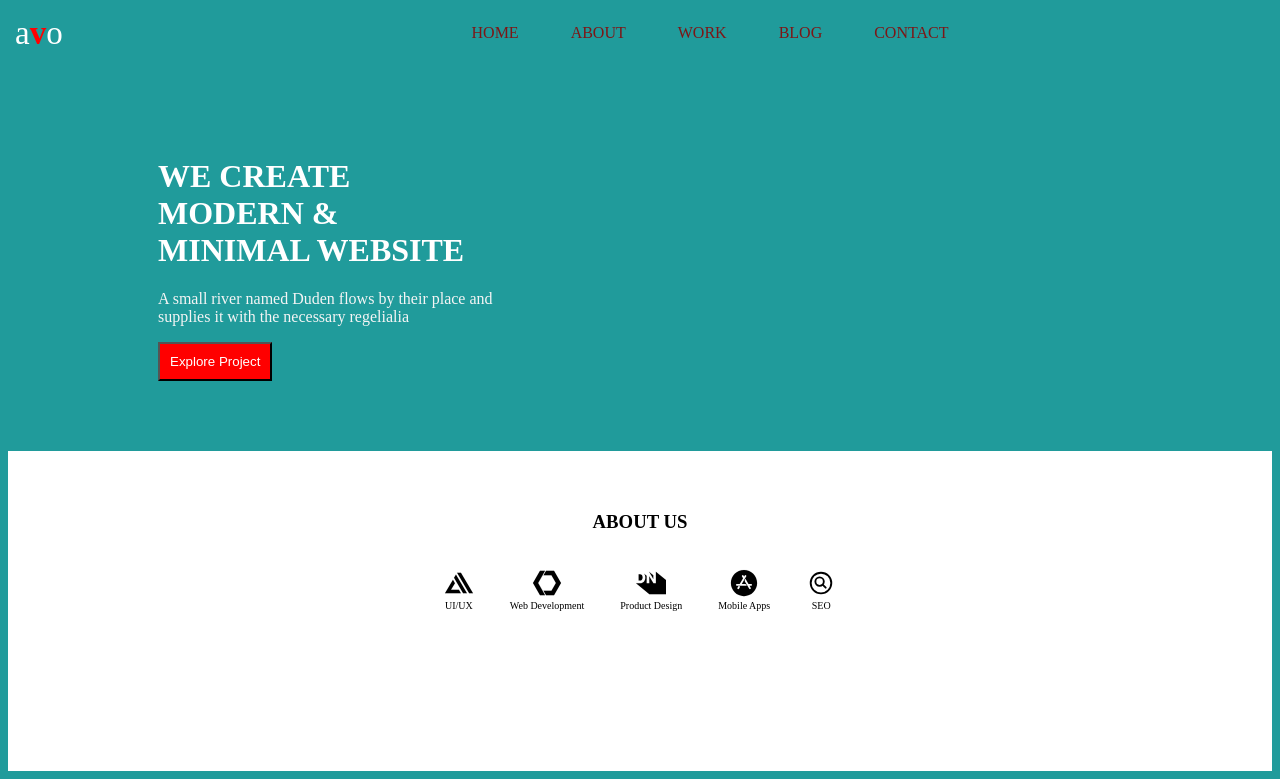
Repository: Tobby004/AVO-Template
Page: avo.html
These files come from the project's save history. The page is drawn as it stood at one moment and after the next save; the edit follows.
The browser window is 1280 px wide. The pictures show the whole page.

Above is the page before, as saved 2023-05-17 10:20:16.

### avo.html
<!DOCTYPE html>
<html lang="en">
<head>
    <meta charset="UTF-8">
    <meta http-equiv="X-UA-Compatible" content="IE=edge">
    <meta name="viewport" content="width=device-width, initial-scale=1.0">
    <title>AVO-Template</title>
    <link rel="stylesheet" href="avo.css">
</head>
<body>
    <div class="logo">a<b>v</b>o</div>
    <nav>
        <ul>
            <li><a href="#">HOME</a></li>
            <li><a href="#">ABOUT</a></li>
            <li><a href="#">WORK</a></li>
            <li><a href="#">BLOG</a></li>
            <li><a href="#">CONTACT</a></li>
        </ul>
    </nav>
    <main>
        <h1>WE CREATE <br>MODERN & <br> MINIMAL WEBSITE</h1>
        <p>A small river named Duden flows by their place and <br>supplies it with the necessary regelialia </p>
        <input type="button" value="Explore Project">
    </main>
    <section>
        <h3>ABOUT US</h3>
        <div>
            <ion-icon name="logo-amplify"></ion-icon><br>
            UI/UX
        </div>
        <div>
            <ion-icon name="logo-web-component"></ion-icon><br>
            Web Development
        </div>
        <div>
            <ion-icon name="logo-designernews"></ion-icon><br>
            Product Design
        </div>
        <div>
            <ion-icon name="logo-apple-appstore"></ion-icon><br>
            Mobile Apps
        </div>
        <div>
            <ion-icon name="search-circle-outline"></ion-icon><br>
            SEO</div>
    </section>
</body>
<script nomodule src="https://unpkg.com/ionicons@7.1.0/dist/ionicons/ionicons.js"></script>
<script type="module" src="https://unpkg.com/ionicons@7.1.0/dist/ionicons/ionicons.esm.js"></script>
</html>

### avo.css
* {
    box-sizing: border-box;
}
body {
    background: rgb(32, 155, 155);
}
.logo {
  font-size: 33px;
  position: absolute;
  padding: 7px;
  color: white;
}
.logo b {
    color: red;
}

nav ul {
    margin: auto;
    text-align:center;
    margin-left: 100px;
}
nav li {
    display: inline-flex;
}
nav a {
text-decoration: none;
padding: 1rem 1.5rem;
color: #7d1616;
}
nav a:hover {
    transition: 2s;
    color: aqua;
}

h1 {
    color: white;
    margin-left: 150px;
    margin-top: 100px;
}
main p {
    color: whitesmoke;
    margin-left: 150px;
}
input[type="button"] {
    padding: 10px;
    color: white;
    background: red;
    margin-left: 150px;
}
section {
    height: 320px;
    background:white;
    margin-top: 70px;
    text-align: center;
}
 h3 {
    text-align: center;
    padding-top:  60px;
}
section div {
    display: inline-block;
    padding: 1rem;
    font-size: 10px;
}
div ion-icon {
    font-size: 30px;
}

After the next save:
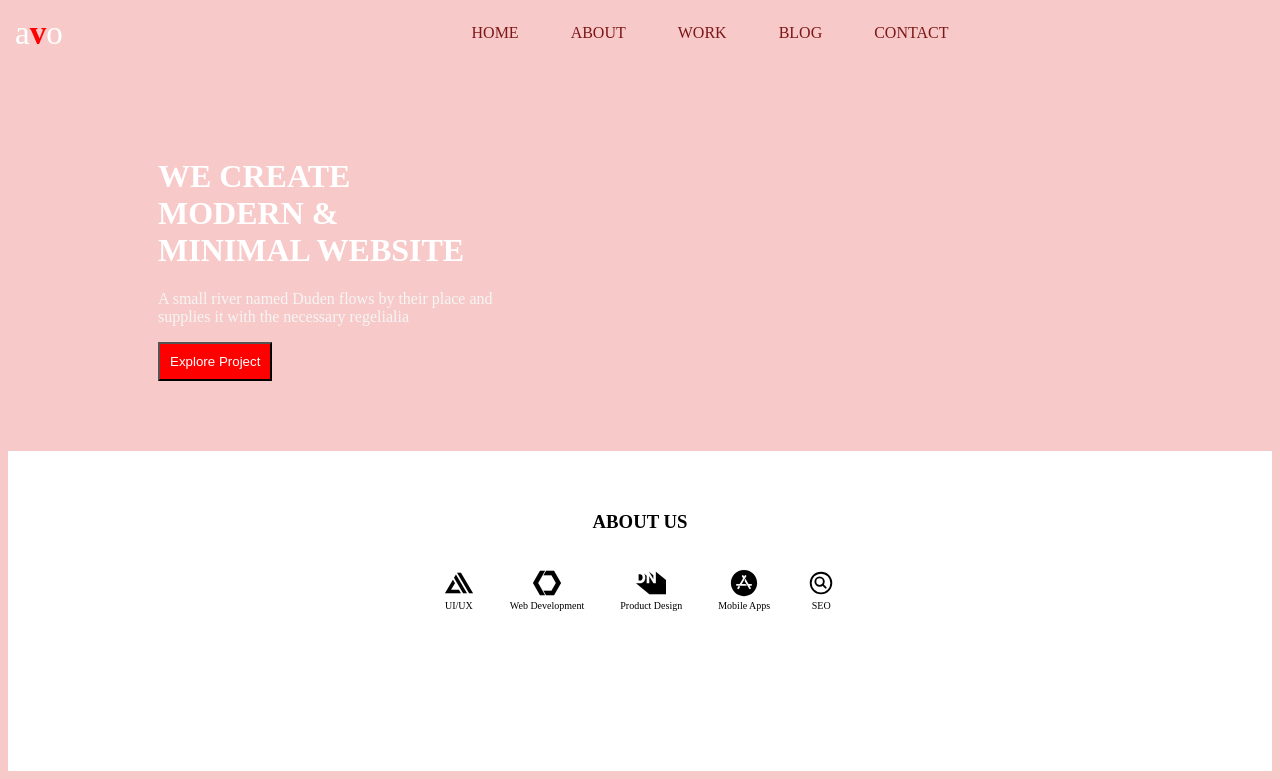
Saved 4 min 33 s later.
--- a/avo.css
+++ b/avo.css
@@ -2,7 +2,7 @@
     box-sizing: border-box;
 }
 body {
-    background: rgb(32, 155, 155);
+    background: #f7cac9;
 }
 .logo {
   font-size: 33px;
